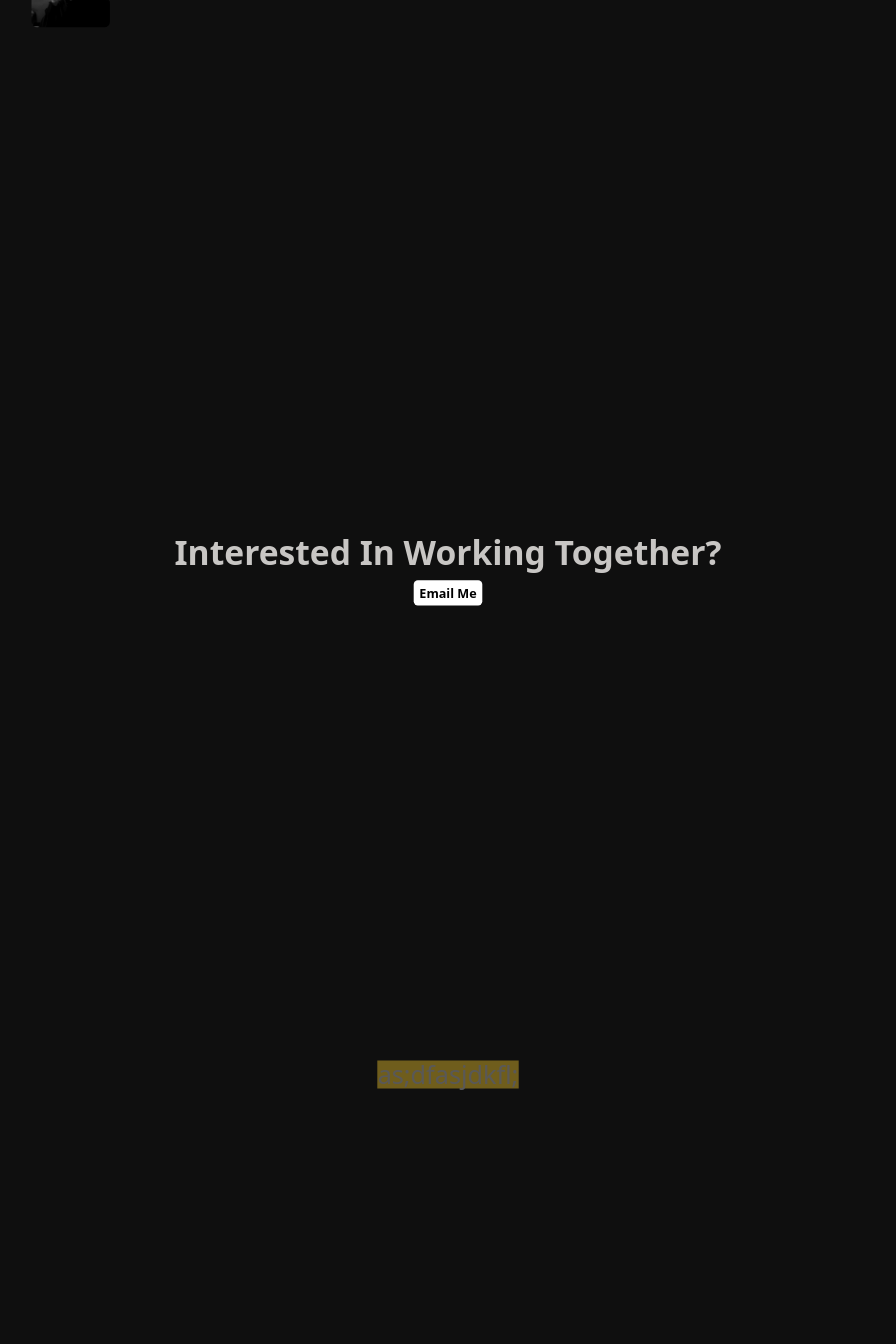
Repository: hitoutvrma/portfolio
Page: /
These files come from the project's save history. The page is drawn as it stood at one moment and after the next save; the edit follows.
The browser window is 1280 px wide. The pictures show the part of the page from y = 1010 to 2930 px (the page is 2930 px tall), at 70% of full size.
The project was rebuilt for these pictures with package versions that can differ from the ones it lists, and the page was loaded fresh each time. Also part of the build but not shown: vite.config.js.

Above is the page before, as saved 2025-03-08 21:06:23.

After the next save:
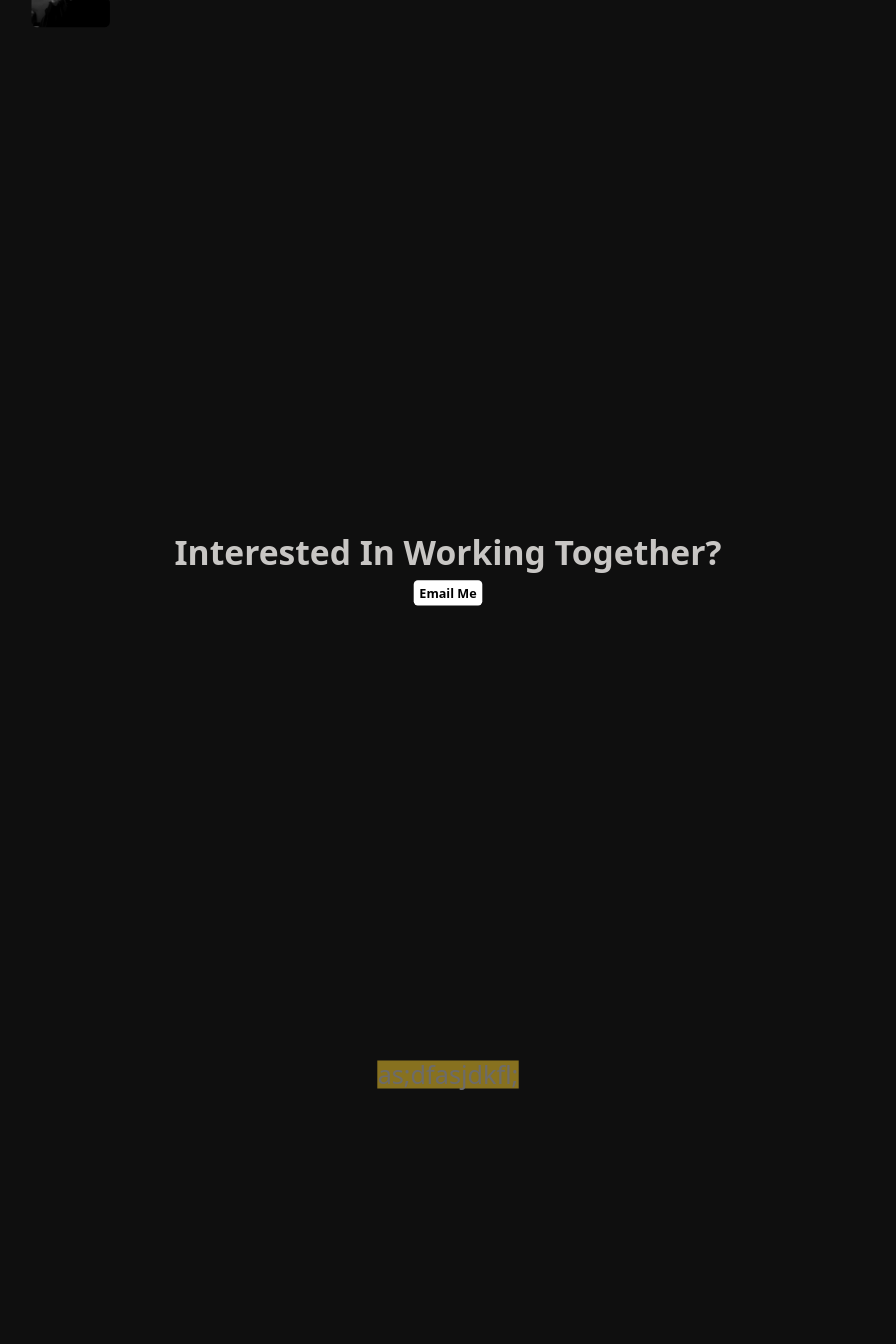
Saved 4 s later.
--- a/src/Components/CursorImagePop.jsx
+++ b/src/Components/CursorImagePop.jsx
@@ -35,7 +35,7 @@ const CursorImagePop = () => {
     }, [imageIndex, positions]);
 
     return (
-        <div className="relative flex justify-center opacity-40 items-center" style={{ height: "100vh", overflow: "hidden" }}>
+        <div className="relative flex justify-center opacity-50 items-center" style={{ height: "100vh", overflow: "hidden" }}>
             <div className="absolute z-120 bg-amber-300 text-4xl ">as;dfasjdkfl;</div>
             {positions.map((img) => (
                 <img
